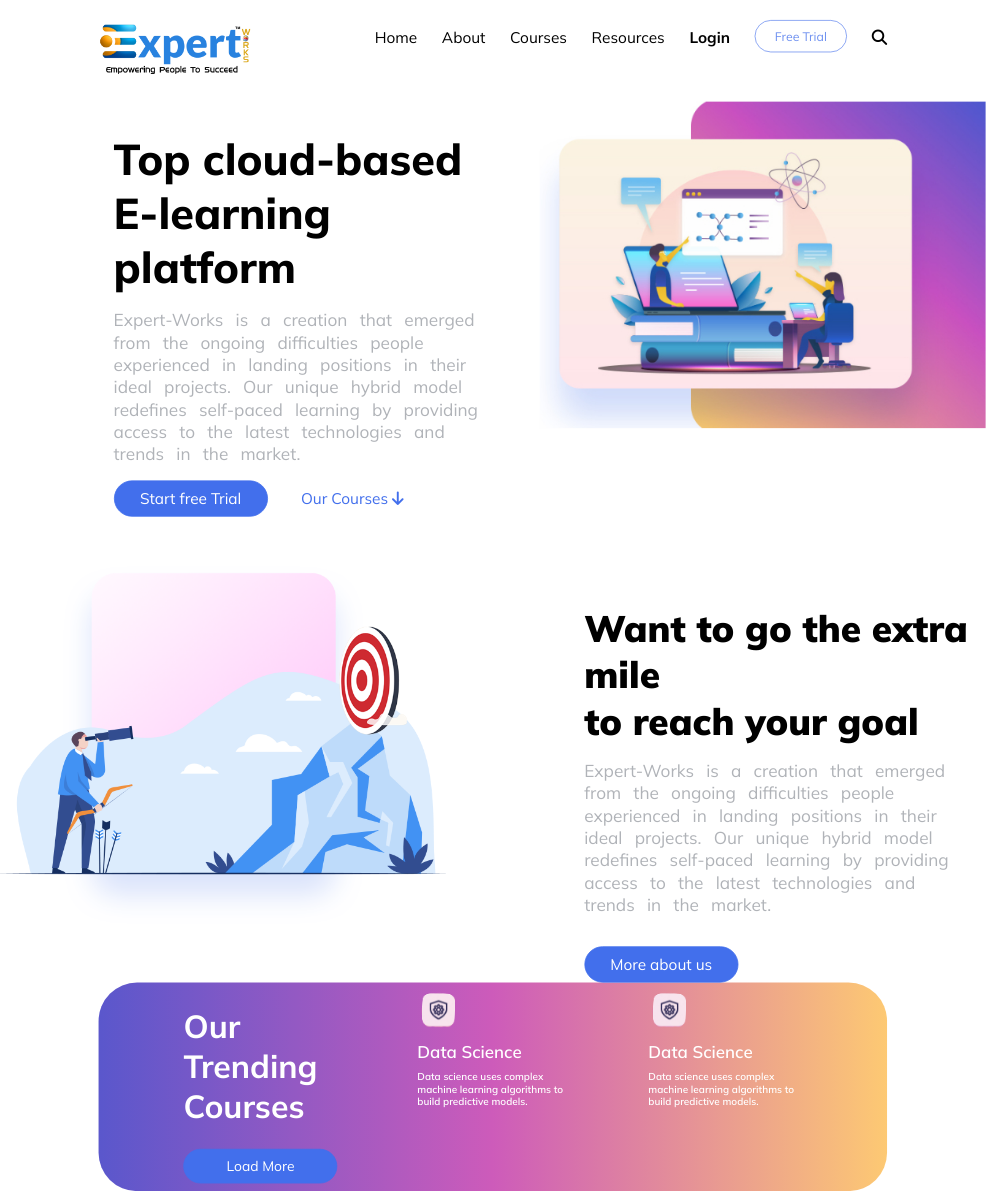
Repository: FlyweisReact/Raghu-B2C
Page: /homePage
An editor plug-in stored every save of this project. The page is shown before and after the next save, followed by the edit.
The browser window is 1280 px wide. The pictures show the whole page, at 77% of full size.
Some web libraries are served in a nearby version. The project was rebuilt for these pictures with package versions that can differ from the ones it lists, and the page was loaded fresh each time. Also part of the build but not shown: src/Footer/footer.scss, src/Footer/Footer.jsx, src/component/pages/courses/course.scss, src/component/Navbar/nav.scss, src/component/Navbar/Nav.jsx, src/component/navigation/NavItems.js, src/component/navigation/Dropdown.css, src/component/navigation/Dropdown.js and 43 more.

Above is the page before, as saved 2023-02-03 16:13:29.

After the next save:
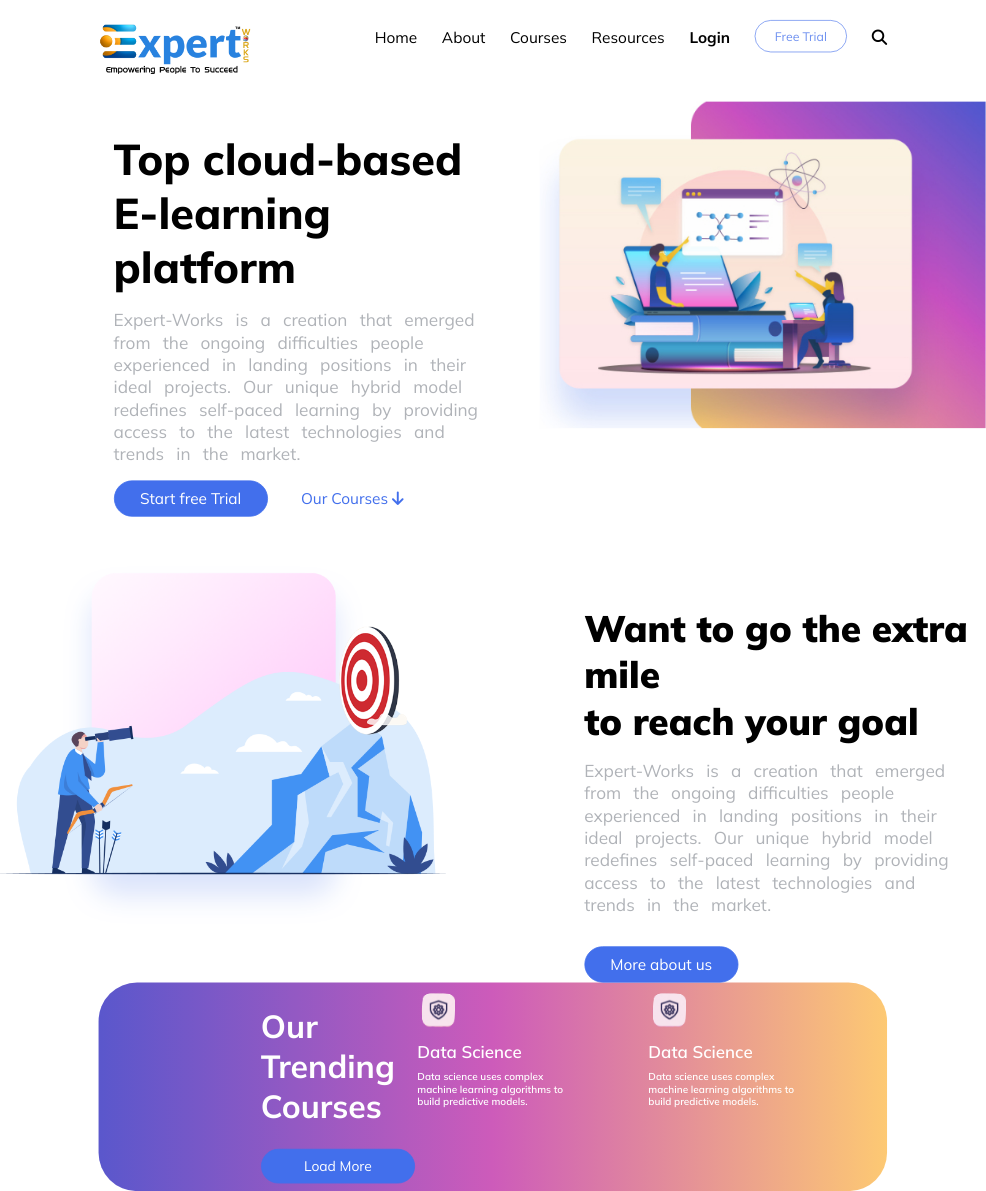
Saved 9 s later.
--- a/src/HomePage.css
+++ b/src/HomePage.css
@@ -123,7 +123,7 @@
     color: #fff;
     font-size: 2.6rem;
     font-weight: bold;
-    margin-left: 10%;
+    margin-left: 20%;
     width: 40%;
 }
 .centerMainDiv .right{
